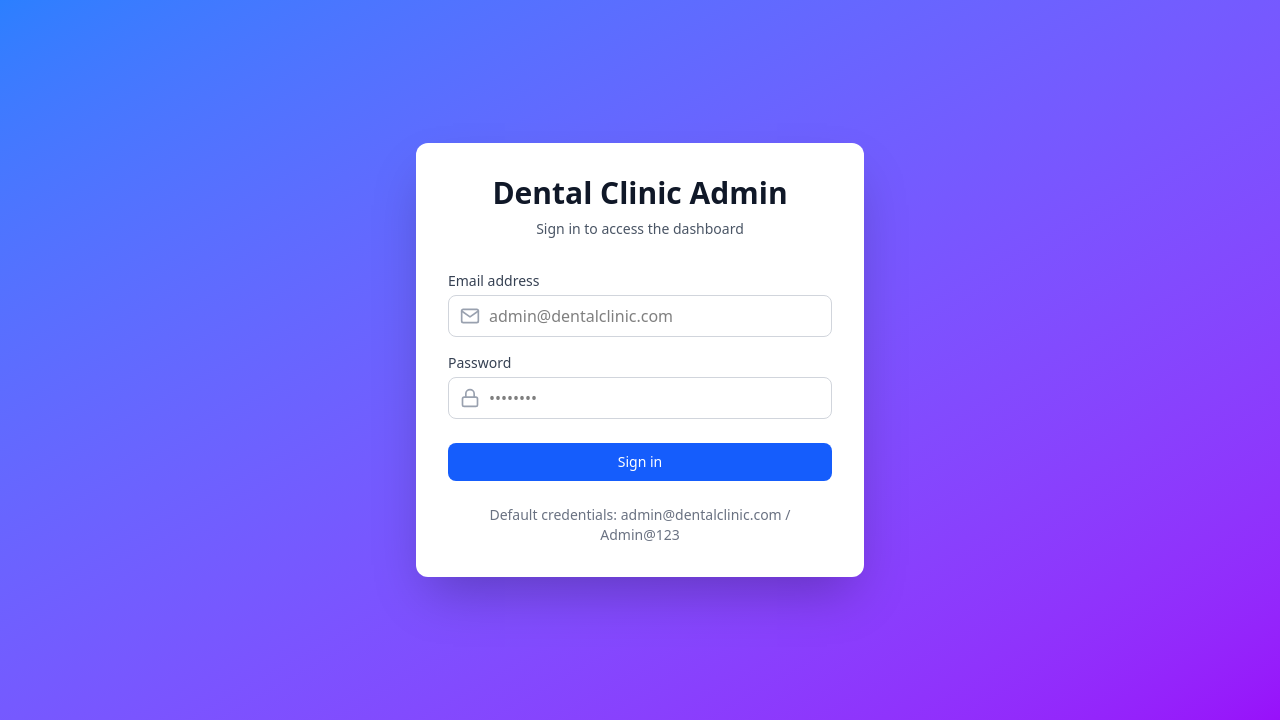
Repository: deepak445566/newdoctor
Page: / (app in doctor/)
The author's editor kept a copy of each file at every save. The page is drawn from the files as they stood at one save, then again after the next save.
The browser window is 1280 px wide. The pictures show the whole page.
The page's requests for data from a server got no answer. The project was rebuilt for these pictures with package versions that can differ from the ones it lists, and the page was loaded fresh each time. Some packages were replaced by stand-ins written for this rebuild. No one was signed in, and anything a server would have sent is missing. Also part of the build but not shown: doctor/vite.config.js, doctor/src/pages/Dashboard.jsx, doctor/src/pages/AddPatient.jsx, doctor/src/pages/AllPatients.jsx, doctor/src/pages/PatientDetails.jsx.

Above is the page before, as saved 2026-02-17 09:39:24.

After the next save:
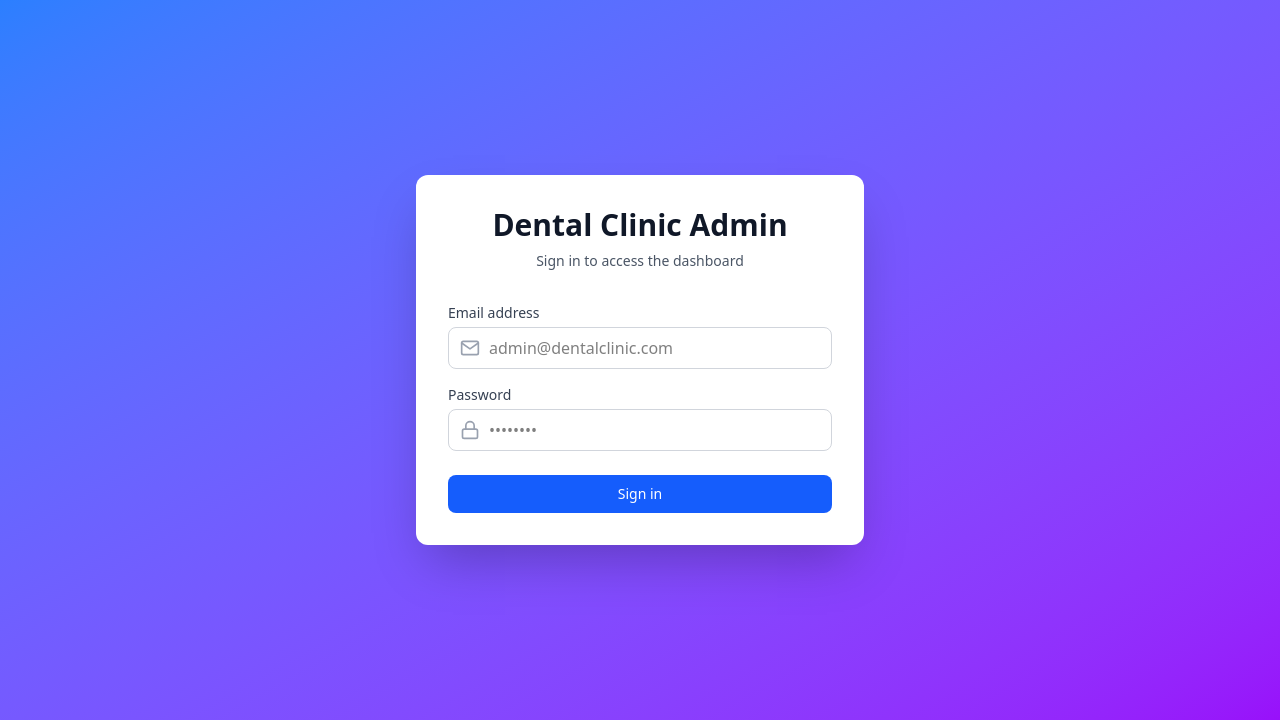
Saved 5 min 29 s later.
--- a/doctor/src/pages/Login.jsx
+++ b/doctor/src/pages/Login.jsx
@@ -85,9 +85,7 @@ const Login = () => {
             </button>
           </div>
 
-          <div className="text-center text-sm text-gray-500">
-            <p>Default credentials: admin@dentalclinic.com / Admin@123</p>
-          </div>
+
         </form>
       </div>
     </div>
